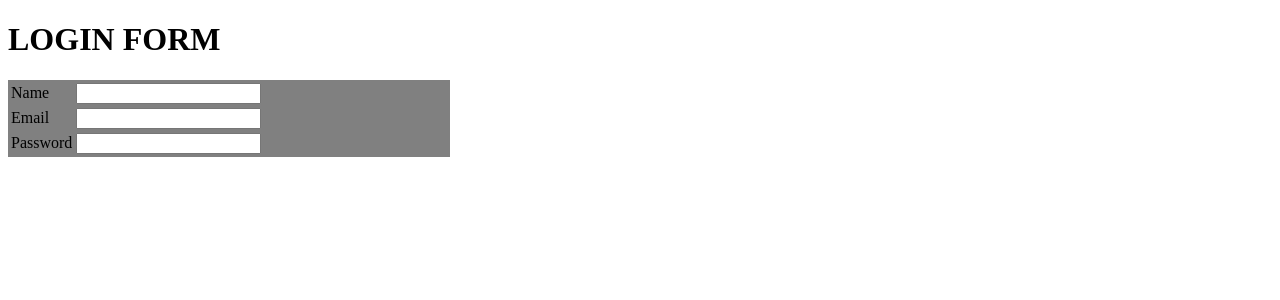
Repository: obusakthi539/Loginform
Page: Login.html
An editor plug-in stored every save of this project. The page is shown before and after the next save, followed by the edit.
The browser window is 1280 px wide. The pictures show the whole page.

Above is the page before, as saved 2025-01-10 17:56:18.

### Login.html
<!DOCTYPE html>
<html lang="en">
<head>
    <meta charset="UTF-8">
    <meta name="viewport" content="width=device-width, initial-scale=1.0">
    <title>Document</title>
    <style>
        .a{
            background-color:gray;
            font-size: ;
            width: 35%;

        }
    </style>
</head>
<body>

    <h1>LOGIN FORM</h1>
    <div class="a">
        <form action=""></form>
        <table>
            <tr>
                <td> <label for="">Name</label></td>
                <td><input type="text"></td>
            </tr>
            <tr>
                <td><label for="">Email</label></td>
                <td><input type="text"></td>
            </tr>
            <tr>
                <td> <label for="">Password</label></td>
                <td><input type="text"></td>
            </tr>
        </table>
    </div>
</body>
</html>

After the next save:
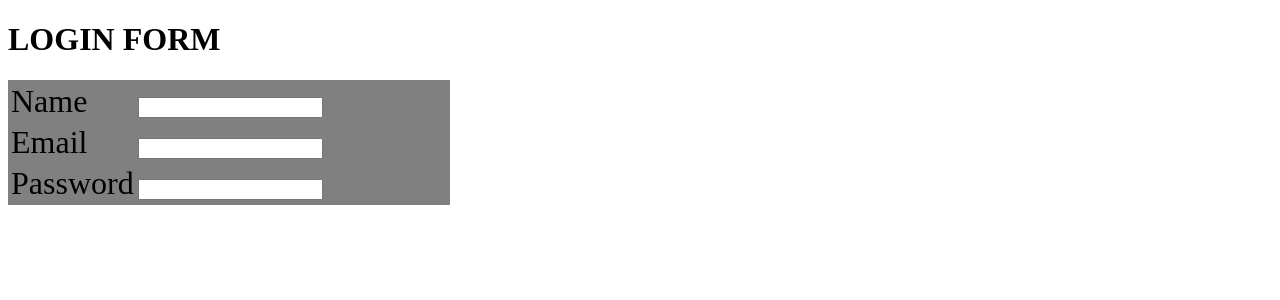
Saved 5 s later.
--- a/Login.html
+++ b/Login.html
@@ -7,7 +7,7 @@
     <style>
         .a{
             background-color:gray;
-            font-size: ;
+            font-size: xx-large;
             width: 35%;
 
         }
